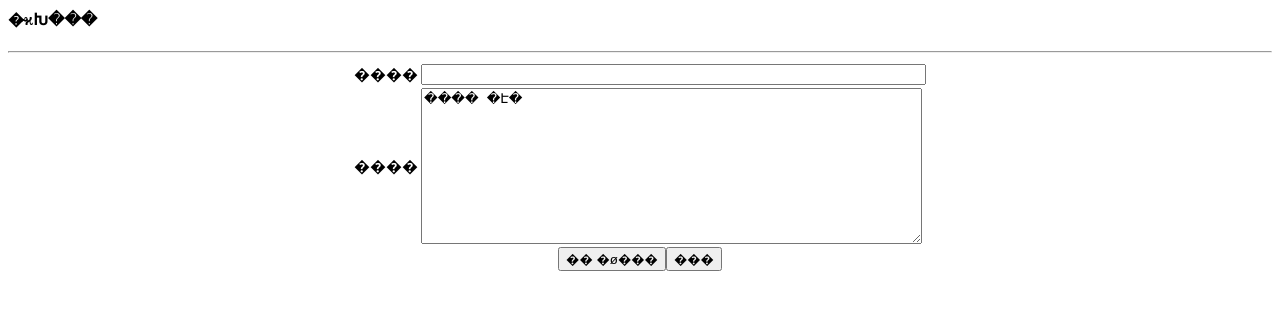
Repository: 2ujin/2018-PHP-afterschool
Page: http://localhost/CH06/ch06_05.php
The author's editor kept a copy of each file at every save. The page is drawn from the files as they stood at one save, then again after the next save.
The browser window is 1280 px wide. The pictures show the whole page.
The page is run by PHP 8.4 with error messages shown; the project is at /var/www/html/.

Above is the page before, as saved 2018-07-31 01:16:24.

### PHPStudy/CH06/ch06_05.php
<html>
<h4>미니게시판</h4><hr>
<table  width = "60" cellspacing="1" cellpaddding="4" align = "center">
<tr><td>제목</td><td><input type = text size = 60 id = title></input></td></tr>
<tr><td valign = "middle">내용</td><td><textarea name = "content" cols = "60" rows = "10">내용 입력</textarea></td></tr>
<tr><td align="center" colspan = "2"><input type = "submit" value = "글 올리기" id = "submit"><input type="submit" value = "취소" id = "cancel"></td></tr>
</table>
</html>

<?php

?>

After the next save:
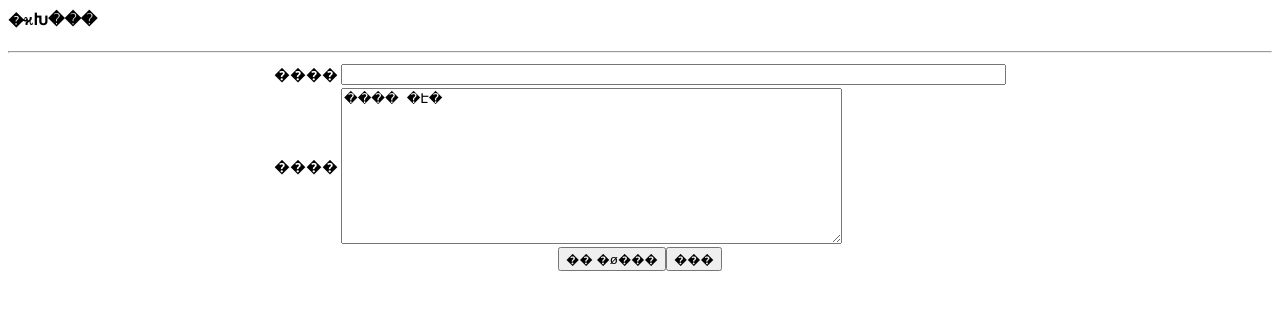
Saved 33 s later.
--- a/PHPStudy/CH06/ch06_05.php
+++ b/PHPStudy/CH06/ch06_05.php
@@ -1,7 +1,7 @@
 <html>
 <h4>미니게시판</h4><hr>
 <table  width = "60" cellspacing="1" cellpaddding="4" align = "center">
-<tr><td>제목</td><td><input type = text size = 60 id = title></input></td></tr>
+<tr><td>제목</td><td><input type = text size = '80' id = title></input></td></tr>
 <tr><td valign = "middle">내용</td><td><textarea name = "content" cols = "60" rows = "10">내용 입력</textarea></td></tr>
 <tr><td align="center" colspan = "2"><input type = "submit" value = "글 올리기" id = "submit"><input type="submit" value = "취소" id = "cancel"></td></tr>
 </table>
